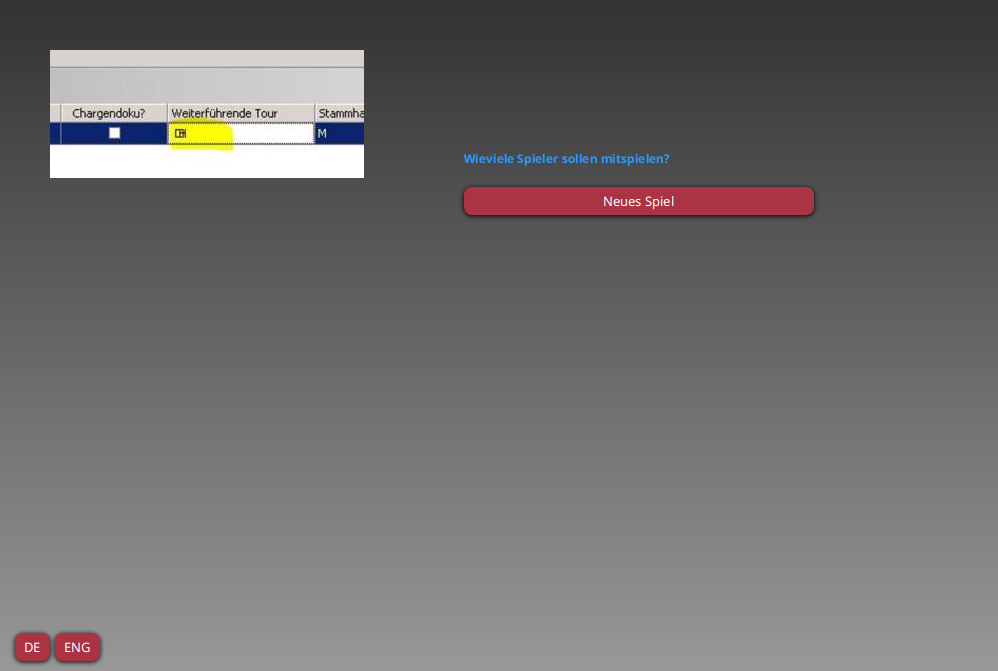
Repository: berger-designz/MenschAergereDichNicht
Program's window: java MenschAergereDichNicht/src/Game_GUI/GUI_Primary.java
These files come from the project's save history. The program's window is drawn as it stood at one moment and after the next save; the edit follows.
It runs on Java 21 on a 1366 x 768 screen with JavaFX 11; the title bar is not drawn. It also reads MenschAergereDichNicht/src/style/test_pic_1.jpg.

Above is the program's window before, as saved 2016-05-25 13:33:43.

After the next save:
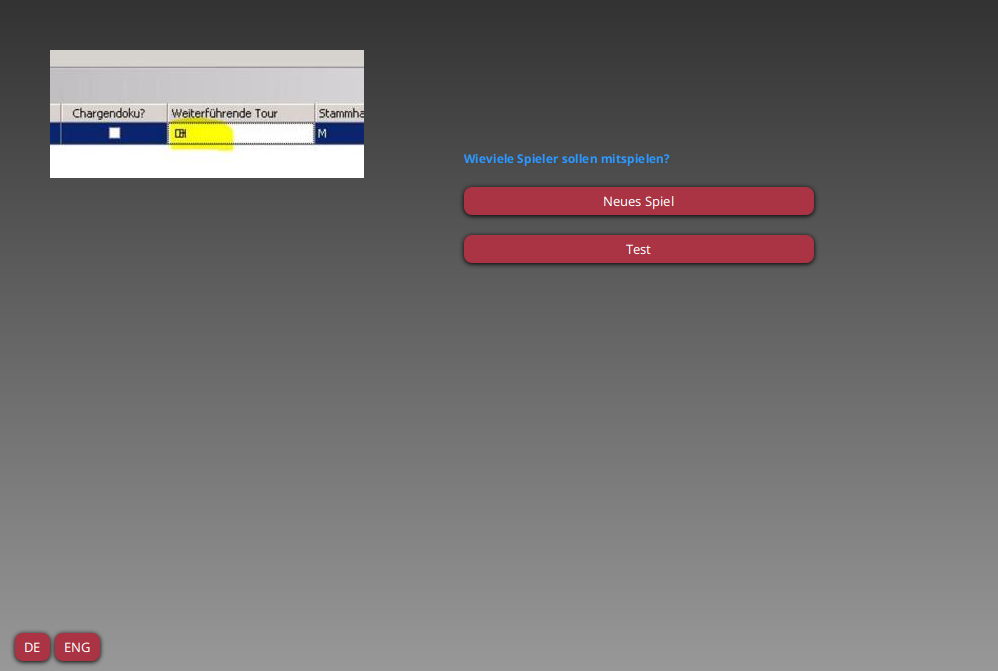
Saved 41 s later.
--- a/MenschAergereDichNicht/src/Game_GUI/GUI_Primary.java
+++ b/MenschAergereDichNicht/src/Game_GUI/GUI_Primary.java
@@ -70,9 +70,9 @@
 
 
 		gameStart_Button = new Button("Neues Spiel");
-		//gameStart_Button.setMaxWidth(Double.MAX_VALUE);
 		gameStart_Button.setMaxSize(350, 0);
 		test_button = new Button("Test");
+		test_button.setMaxSize(350, 0);
 
 		lang_de_Button = new Button("DE");
 		lang_de_Button.setMaxSize(50, 0);
@@ -82,7 +82,7 @@
 		lang_en_Button.setMaxWidth(Double.MAX_VALUE);
 
 		VBox vbox = new VBox();
-		vbox.getChildren().addAll(top_label, gameStart_Button);
+		vbox.getChildren().addAll(top_label, gameStart_Button, test_button);
 		vbox.setPadding(new Insets(150, 50, 50, 50));
 		vbox.setSpacing(20);
 
